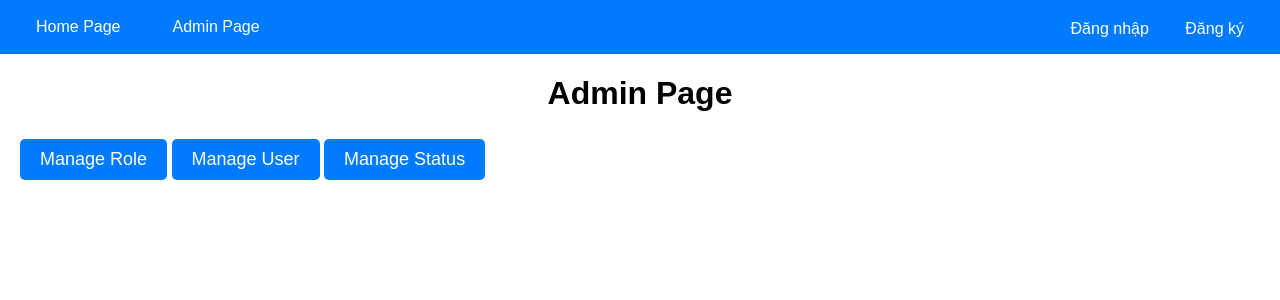
Repository: Loc2804/LTM
Page: http://localhost/RestaurantProject/WelcomeAdmin.jsp
These files come from the project's save history. The page is drawn as it stood at one moment and after the next save; the edit follows.
The browser window is 1280 px wide. The pictures show the whole page.
The page is served by Tomcat 10. Other server files are loaded and not shown.

Above is the page before, as saved 2024-12-12 11:14:10.

### RestaurantProject/src/main/webapp/WelcomeAdmin.jsp
<%@page import="Model.BEAN.User"%>
<%@ page language="java" contentType="text/html; charset=UTF-8"
    pageEncoding="UTF-8"%>
<!DOCTYPE html>
<html>
<head>
<meta charset="UTF-8">
<title>Admin Page</title>
<style>
    body {
        font-family: Arial, sans-serif;
        margin: 0;
        padding: 0;
    }
    h1{
    	text-align: center;
    }
    .navbar {
        background-color: #007BFF; /* Màu xanh chủ đạo */
        overflow: hidden;
        display: flex;
        justify-content: space-between;
        padding: 10px 20px;
    }
    .navbar a {
        color: white;
        text-decoration: none;
        padding: 8px 16px;
        font-size: 16px;
    }
    .navbar a:hover {
        background-color: #0056b3; /* Màu xanh đậm hơn khi hover */
        border-radius: 4px;
    }
    .links {
        display: flex;
        gap: 20px;
    }
    .content {
        margin: 20px;
    }
    .content a {
        display: inline-block;
        background-color: #007BFF; /* Màu nền xanh chủ đạo */
        color: white;
        text-decoration: none;
        padding: 10px 20px;
        border-radius: 5px;
        margin: 5px 0;
        font-size: 18px;
    }
    .content a:hover {
        background-color: #0056b3; /* Màu nền xanh đậm hơn khi hover */
    }
    .btn-logout {
        background-color: #007BFF; /* Màu nền xanh chủ đạo */
        color: white; /* Màu chữ */
        text-decoration: none;
        padding: 10px 20px; /* Khoảng cách bên trong */
        border: none; /* Bỏ viền */
        border-radius: 5px; /* Bo góc */
        font-size: 18px; /* Kích thước chữ */
        cursor: pointer; /* Thay đổi con trỏ khi hover */
    }

    .btn-logout:hover {
        background-color: #0056b3; /* Màu nền xanh đậm hơn khi hover */
    }

    .btn-logout:focus {
        outline: none; /* Bỏ viền focus mặc định */
    }
    .group-btn{
    	margin-top:10px;
    }
    .welcome-user{
    	display: flex;
    	gap:20px;
    }
    .welcome-user span{
	color: white;
	margin-top:7px;
	font-size: 20px;
}

</style>
</head>
<body>
    <div class="navbar">
        <div class="links">
            <a href="WelcomeUser.jsp">Home Page</a>
            <a href="WelcomeAdmin.jsp">Admin Page</a>
        </div>
        <%
        	User user = (User) session.getAttribute("user");
        	if(user == null || user.getRole() == null){
        %>
        <div class="group-btn">
            <a href="Login.jsp">Đăng nhập</a>
            <a href="Register.jsp">Đăng ký</a>
        </div>
        <% }
        	else{
        %>
        <form action="AuthController" method="post">
        	<div class="welcome-user">
	        		<span>Xin chào, <%=user.getFullName() %></span>
	            	<button class="btn-logout" type="submit">Đăng xuất</button>
	            	<input  type="hidden" value="logout" name="action">
	        </div>
        </form>
        <%
        	}
        %>
    </div>

      <div class="content">
       	<h1>Admin Page</h1>
       	<a href="ManageRole.jsp">Manage Role</a>
       	<a href="ManageUser.jsp">Manage User</a>
       	<a href="ManageStatus.jsp">Manage Status</a>
   	</div>


</body>
</html>

After the next save:
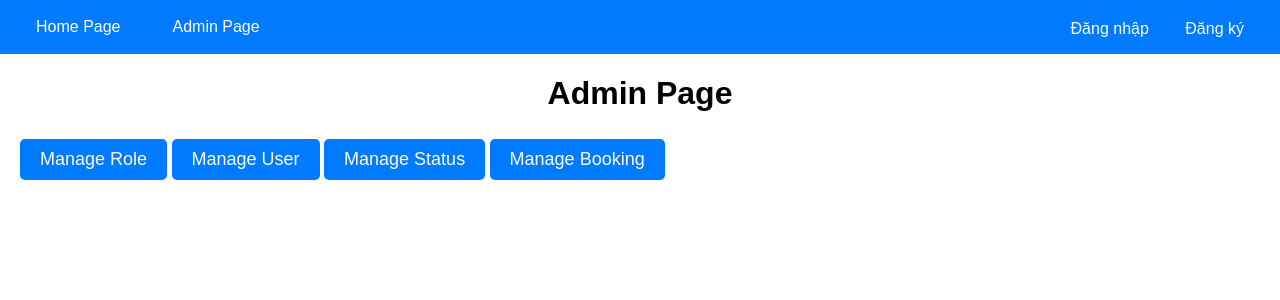
Saved 46 s later.
--- a/RestaurantProject/src/main/webapp/WelcomeAdmin.jsp
+++ b/RestaurantProject/src/main/webapp/WelcomeAdmin.jsp
@@ -119,6 +119,7 @@
        	<a href="ManageRole.jsp">Manage Role</a>
        	<a href="ManageUser.jsp">Manage User</a>
        	<a href="ManageStatus.jsp">Manage Status</a>
+       	<a href="ManageStatus.jsp">Manage Booking</a>
    	</div>
 
 
